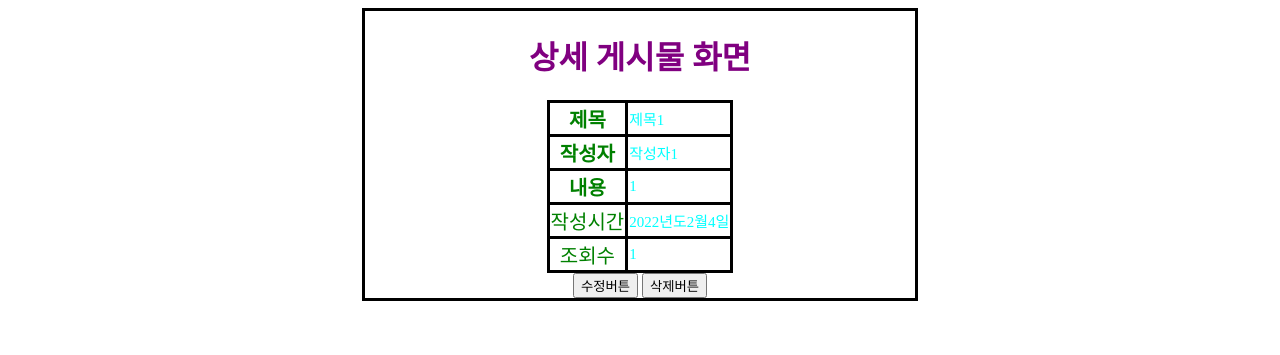
Repository: kwan9069/workspace
Page: CSS/src/main/webapp/boardcontents.html
The author's editor kept a copy of each file at every save. The page is drawn from the files as they stood at one save, then again after the next save.
The browser window is 1280 px wide. The pictures show the whole page.

Above is the page before, as saved 2022-11-25 11:28:49.

### CSS/src/main/webapp/boardcontents.html
<!DOCTYPE html>
<html>
<head>
<meta charset="UTF-8">
<title>Insert title here</title>
<style>
#box {color:purple;
border:3px solid black;
width:550px;
height:100%;
margin:auto;
text-align:center;
}
table,td,th{border:3px solid black;
text-align: center;
border-collapse: collapse;
margin:auto;
text-decoration:none; }
.lefts{
color:green;
font-weight:bold;
font-size:20px;
margin: auto;}
.left{color:green;
margin: auto;
font-size:20px;
}
.right{color:aqua;
text-align:left;
font-size:15px;
}
/* .fix .button{
    background-color: orange;
    border: 3px solid black;
display:inline-block;
width:130px;
background-color:orange
;height:70px;} */

.button{style=background-color:orange; width:100px; height:40px ; margin=auto;}
</style>
</head>
<body>
<div id='box'>
<h1>상세 게시물 화면</h1>
<table>
<tr><td class='lefts'>제목</td><td class='right'>제목1</td></tr>
<tr><td class='lefts'>작성자</td><td class='right'>작성자1</td></tr>
<tr><td class='lefts'>내용</td><td class='right'>1</td></tr>
<tr><td class='left'>작성시간</td><td class='right'>2022년도2월4일</td></tr>
<tr><td class='left'>조회수</td><td class='right'>1</td></tr>
</table>
<input type='button' value='수정버튼' >
<input type='button' value='삭제버튼'>
</div>
</div>


</body>
</html>

After the next save:
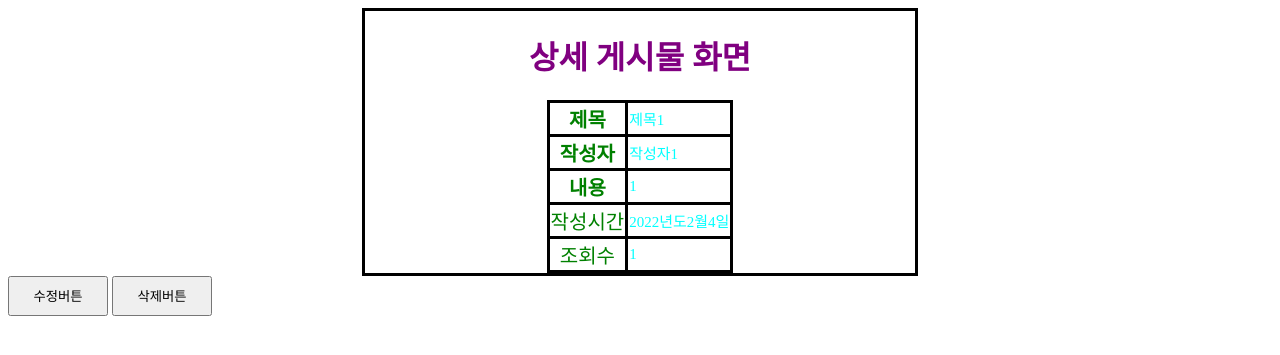
Saved 76 s later.
--- a/CSS/src/main/webapp/boardcontents.html
+++ b/CSS/src/main/webapp/boardcontents.html
@@ -50,10 +50,10 @@ background-color:orange
 <tr><td class='left'>작성시간</td><td class='right'>2022년도2월4일</td></tr>
 <tr><td class='left'>조회수</td><td class='right'>1</td></tr>
 </table>
-<input type='button' value='수정버튼' >
-<input type='button' value='삭제버튼'>
+
 </div>
-</div>
+<input type='button' class='button' value='수정버튼' >
+<input type='button' class='button'value='삭제버튼'>
 
 
 </body>
